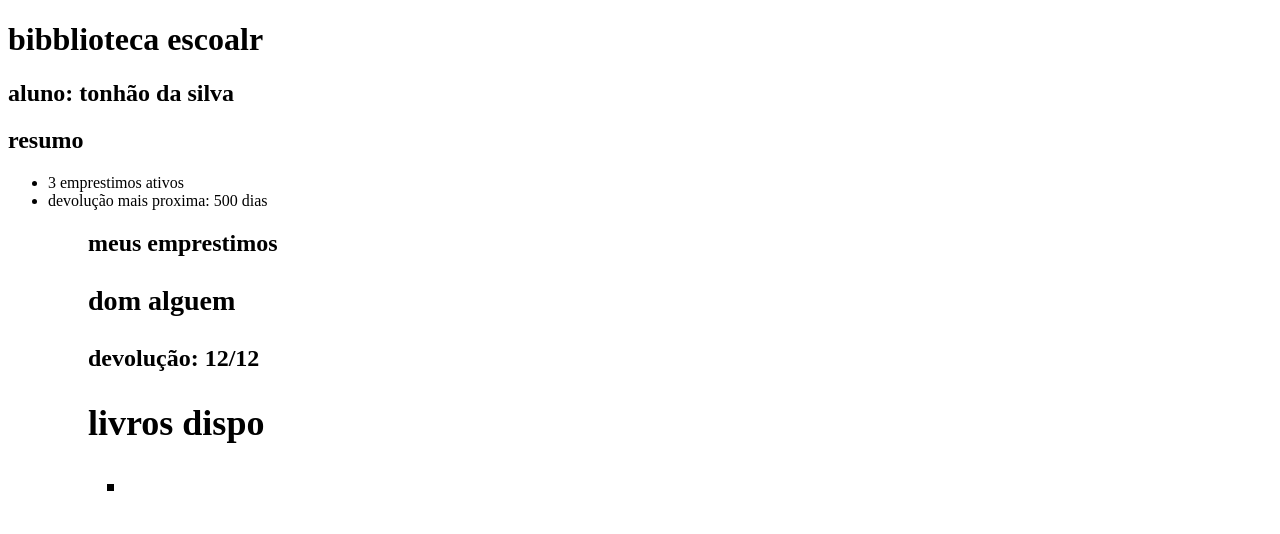
Repository: melloeduarda/html
Page: index.html
These files come from the project's save history. The page is drawn as it stood at one moment and after a run of saves; the edit follows.
The browser window is 1280 px wide. The pictures show the whole page.

Above is the page before, as saved 2026-10-28 15:47:15.

After the next 2 saves:
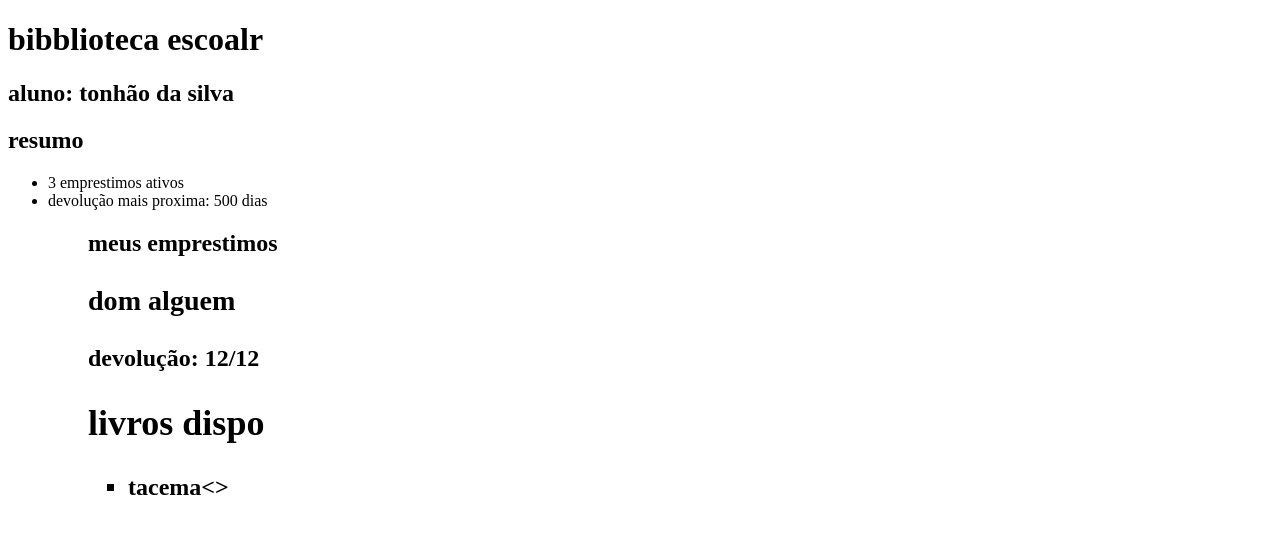
The 2 saves are shown as one change because they came seconds apart.
The last was saved 13 s later.
--- a/index.html
+++ b/index.html
@@ -25,4 +25,4 @@
 
 <h2>livros dispo</h2>
 <ul>
-    <li>
+    <li>tacema<>
